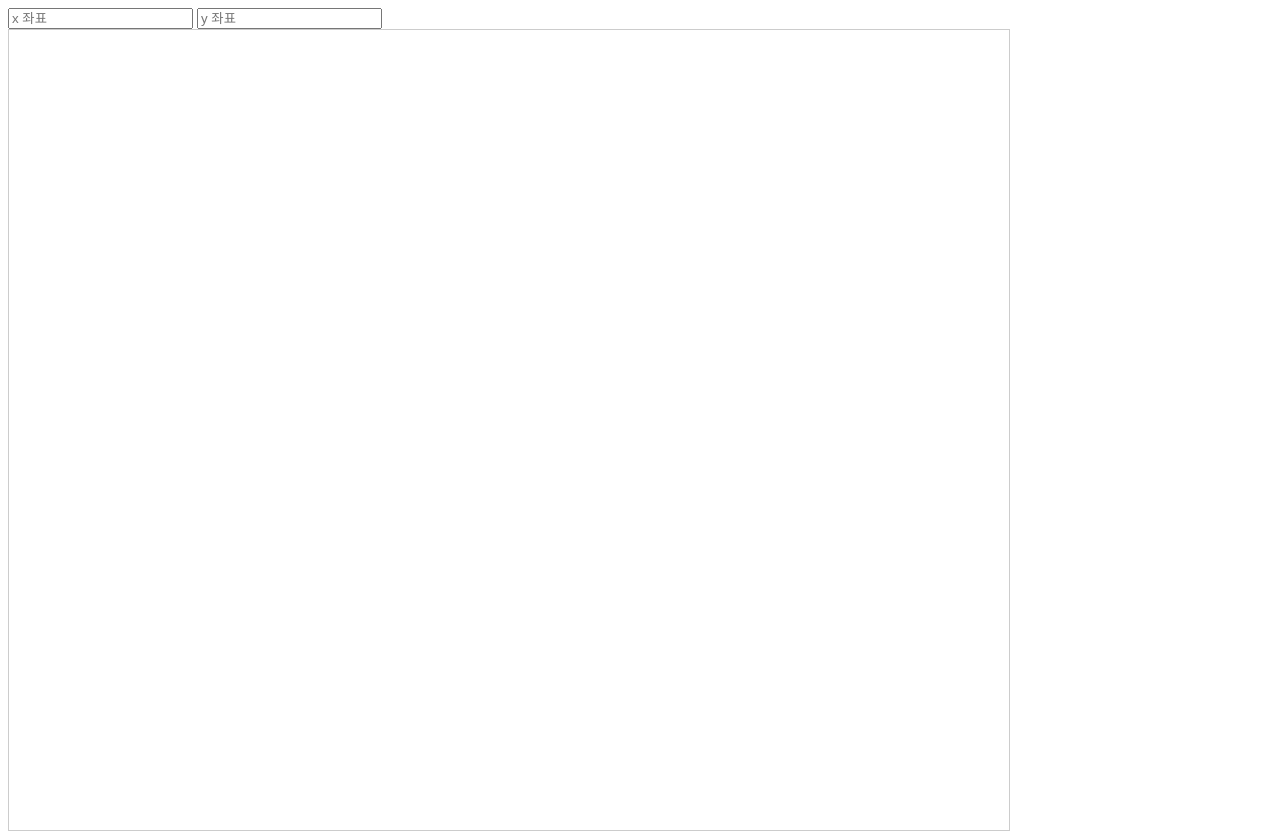
Repository: mjh1583/Hustar03_eGov
Page: http://localhost/JavaScript/js011.jsp
These files come from the project's save history. The page is drawn as it stood at one moment and after the next save; the edit follows.
The browser window is 1280 px wide. The pictures show the whole page.
The page is served by Tomcat 9.

Above is the page before, as saved 2021-05-07 01:55:27.

After the next save:
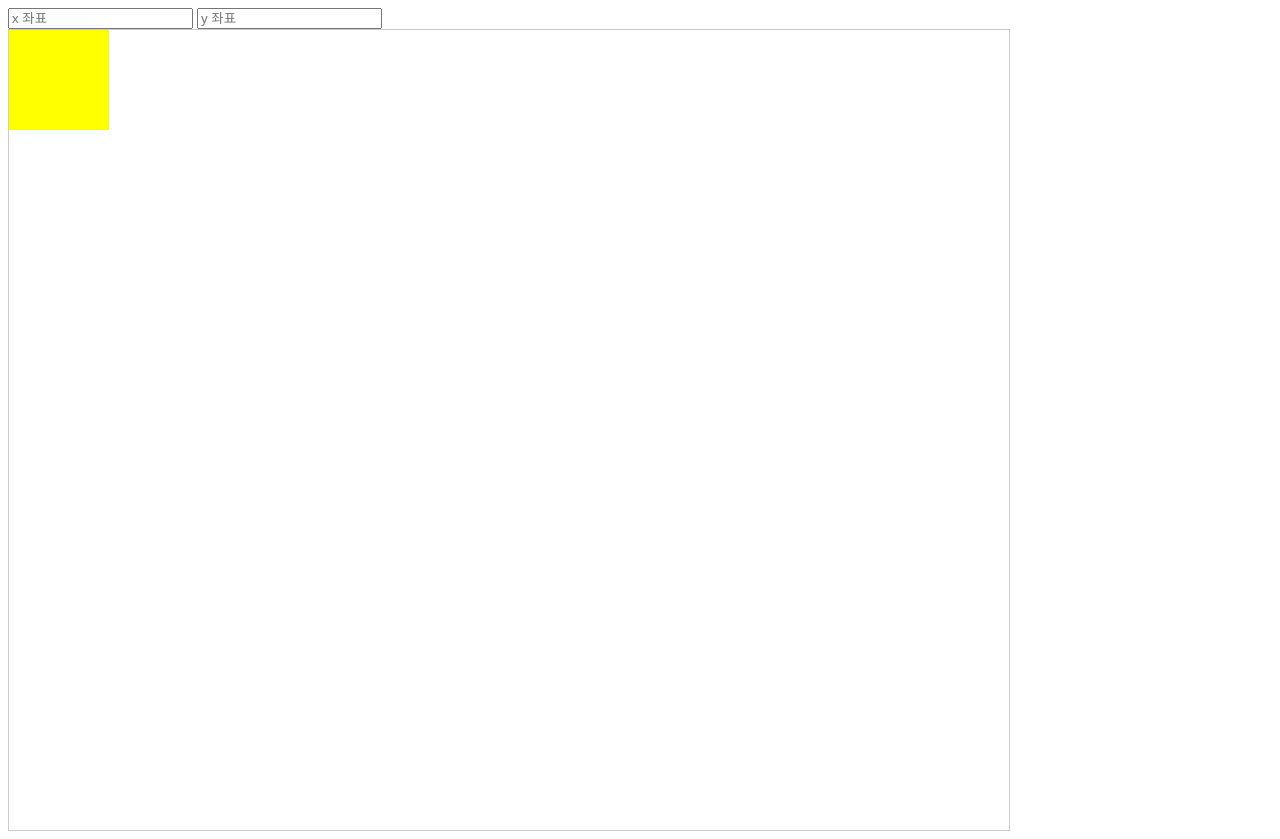
Saved 76 s later.
--- a/workspace/JavaScript/src/main/webapp/js011.jsp
+++ b/workspace/JavaScript/src/main/webapp/js011.jsp
@@ -13,7 +13,7 @@
 	</div>
 
 	<div style="width: 1000px; height: 800px; border: 1px solid #ccc;" id="contentsArea">
-
+		<div id="div1" style="width: 100px; height: 100px; background-color: yellow;"></div>
 	</div>
 
 	<script src="https://code.jquery.com/jquery-3.6.0.js"></script>
